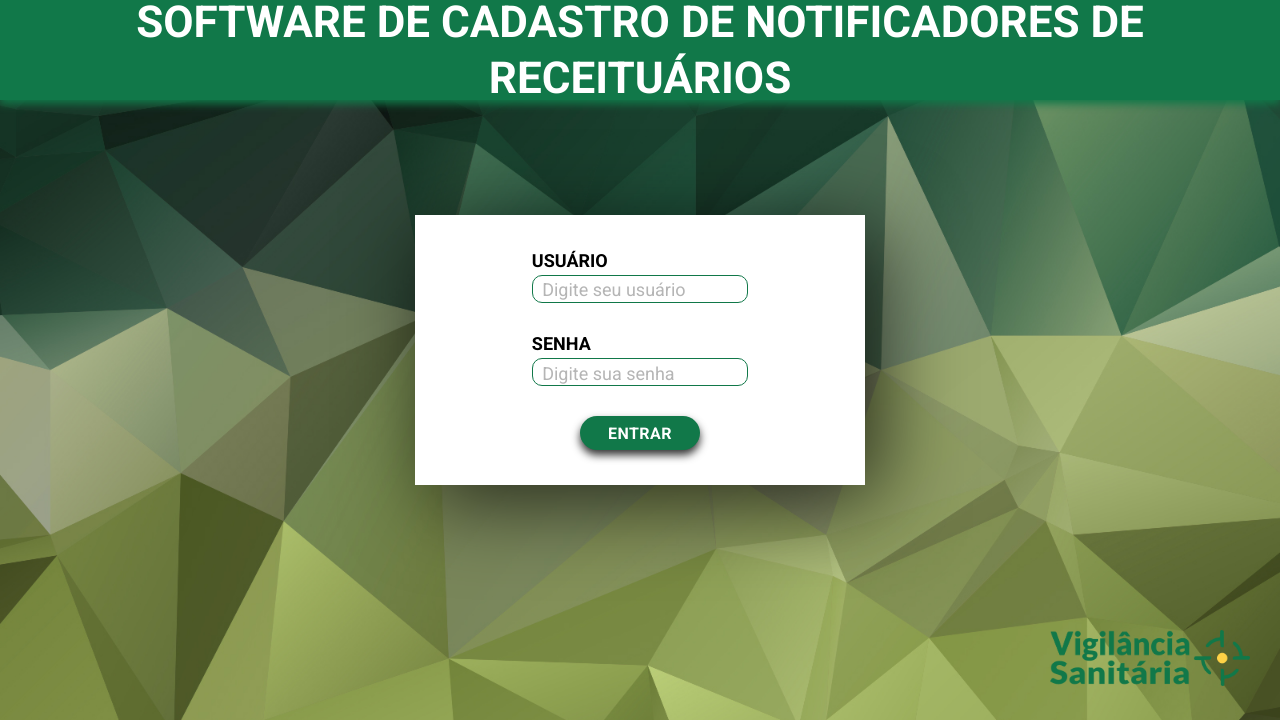
Repository: milena-rosa/web-prescription-notifier
Page: /
The author's editor kept a copy of each file at every save. The page is drawn from the files as they stood at one save, then again after the next save.
The browser window is 1280 px wide. The pictures show the whole page.
The project was rebuilt for these pictures with package versions that can differ from the ones it lists, and the page was loaded fresh each time. Also part of the build but not shown: src/pages/Home/styles.ts, src/pages/Home/index.tsx.

Above is the page before, as saved 2021-11-07 13:28:48.

### public/index.html
<!DOCTYPE html>
<html lang="en">

<head>
  <meta charset="utf-8" />
  <link rel="preconnect" href="https://fonts.googleapis.com">
  <link rel="preconnect" href="https://fonts.gstatic.com" crossorigin>
  <link href="https://fonts.googleapis.com/css2?family=Roboto:wght@400;700&display=swap" rel="stylesheet">
  <!-- <link rel="icon" href="%PUBLIC_URL%/favicon.ico" /> -->
  <meta name="viewport" content="width=device-width, initial-scale=1" />
  <meta name="theme-color" content="#000000" />
  <title>Cadastro de Notificadores de Receituários</title>
</head>

<body>
  <noscript>You need to enable JavaScript to run this app.</noscript>
  <div id="root"></div>
</body>

</html>

### src/index.tsx
import React from 'react'
import ReactDOM from 'react-dom'

import { App } from './App'

ReactDOM.render(
  <React.StrictMode>
    <App />
  </React.StrictMode>,
  document.getElementById('root')
)

### src/App.tsx
import React from 'react'
import { BrowserRouter as Router } from 'react-router-dom'

import { Routes } from './routes'
import { GlobalStyle } from './styles/global'

export function App() {
  return (
    <Router>
      <Routes />
      <GlobalStyle />
    </Router>
  )
}

### src/routes/index.tsx
import React from 'react'
import { Switch } from 'react-router-dom'

import { Home } from '../pages/Home'
import { SignIn } from '../pages/SignIn'
import { Route } from './Route'

// import { useAuth } from '../hooks/useAuth'

export function Routes() {
  // const { loading } = useAuth()

  // if (loading) {
  //   return <h1>Abrindo...</h1>
  // }

  return (
    <Switch>
      <Route path="/" exact component={SignIn} />
      <Route path="/home" exact component={Home} isPrivate />
    </Switch>
  )
}

### src/styles/global.ts
import { createGlobalStyle } from 'styled-components'

export const GlobalStyle = createGlobalStyle`
  :root {
    --black: #000000;
    --gray: #b5b5b5;
    --white: #ffffff;

    --green-primary: #117849;
    --green-primary-70: rgba(17, 120, 73, 0.7);
    --green-primary-30: rgba(17, 120, 73, 0.3);
    --green-primary-5: rgba(17, 120, 73, 0.05);

    --light-green: #dbebe4;
    --brownish-green: #51665c;

    --red: #ff0000;
    --yellow: #f6ff8f;
  }

  * {
    box-sizing: border-box;
    margin: 0;
    padding: 0;
  }

  html {
    @media (max-width: 1080px) {
      font-size: 93.75%; // 15px
    }

    @media (max-width: 720px) {
      font-size: 87.5%; // 14px
    }
  }

  body {
    background: var(--white);
    color: var(--black);
    -webkit-font-smoothing: antialiased;
  }

  body, input, textarea, button, select {
    font-family: 'Roboto', sans-serif;
    font-weight: 400;
  }

  button {
    border: none;
    cursor: pointer;
  }

  .react-modal-overlay {
    align-items: center;
    background: rgba(0, 0, 0, 0.5);
    bottom: 0;
    display: flex;
    justify-content: center;
    left: 0;
    position: fixed;
    right: 0;
    top: 0;
    z-index: 11;
  }

  .react-modal-content {
    background: var(--white);
    border-radius: 0.25rem;
    min-height: 2.4rem;
    max-width: 41rem;
    position: relative;
    z-index: 12;
  }

  .react-modal-close {
    background: transparent;
    border: 0;
    position: absolute;
    right: 1rem;
    top: 1rem;
    transition: filter 0.2s;

    &:hover {
      filter: brightness(0.8);
    }
  }
`

### src/pages/SignIn/index.tsx
import React from 'react'

import logo from '../../assets/logo.png'
import { Button } from '../../components/Button'
import { Input } from '../../components/Input'
import { useForm } from '../../hooks/useForm'
import { Container } from './styles'

interface SignInFormValues {
  user: string
  password: string
}

export const SignIn: React.FC = () => {
  const {
    data: { user, password },
    handleChange,
    errors
  } = useForm<SignInFormValues>({
    initialValues: { user: '', password: '' },
    onSubmit: (event) => console.log(event),
    validations: {
      user: { required: { value: true, message: 'Preencha o campo obrigatório.' } },
      password: { required: { value: true, message: 'Preencha o campo obrigatório.' } }
    }
  })

  return (
    <Container>
      <header>Software de Cadastro de Notificadores de Receituários</header>
      <div>
        <Input
          name="user"
          label="Usuário"
          type="text"
          placeholder="Digite seu usuário"
          value={user}
          onChange={handleChange('user')}
          errors={errors.user}
          containerStyle={{ marginBottom: '1.875rem' }}
        />
        <Input
          name="password"
          label="Senha"
          type="password"
          placeholder="Digite sua senha"
          value={password}
          onChange={handleChange('password')}
          errors={errors.password}
          containerStyle={{ marginBottom: '1.875rem' }}
        />
        <Button>Entrar</Button>
      </div>
      <footer>
        <img src={logo} alt="Vigilância Sanitária" />
      </footer>
    </Container>
  )
}

### src/routes/Route.tsx
import React, { ComponentType } from 'react'
import { RouteProps as ReactDOMRouteProps, Route as ReactDOMRoute, Redirect } from 'react-router-dom'

interface IRouteProps extends ReactDOMRouteProps {
  isPrivate?: boolean
  component: ComponentType
}

export function Route({ isPrivate = false, component: Component, ...rest }: IRouteProps) {
  const isSigned = false

  return (
    <ReactDOMRoute
      {...rest}
      render={({ location }) =>
        (isPrivate && isSigned) || (!isPrivate && !isSigned) ? (
          <Component />
        ) : (
          <Redirect
            to={{
              pathname: isPrivate ? '/' : '/home',
              state: { from: location }
            }}
          />
        )
      }
    />
  )
}

### src/components/Button/index.tsx
import React, { ButtonHTMLAttributes } from 'react'

import { Container } from './styles'

interface ButtonProps extends ButtonHTMLAttributes<HTMLButtonElement> {
  buttonStyle?: object
}

export function Button({ children, buttonStyle = {}, ...rest }: ButtonProps) {
  return (
    <Container style={buttonStyle} {...rest}>
      {children}
    </Container>
  )
}

### src/components/Input/index.tsx
import React, { InputHTMLAttributes, useCallback, useState } from 'react'

import { Container, InputInformationContainer, Error, InputContainer } from './styles'

interface InputProps extends InputHTMLAttributes<HTMLInputElement> {
  name: string
  label?: string
  errors?: string
  containerStyle?: object
  inputStyle?: object
}

export const Input = ({
  name,
  label,
  containerStyle = {},
  inputStyle = {},
  errors,
  value,
  onBlur,
  disabled = false,
  ...rest
}: InputProps) => {
  const [isFocused, setIsFocused] = useState(false)

  const handleInputFocus = useCallback(() => {
    setIsFocused(true)
  }, [])

  const handleInputBlur = useCallback(
    (event: React.FocusEvent<HTMLInputElement>) => {
      if (onBlur) {
        onBlur(event)
      }
      setIsFocused(false)
    },
    [onBlur]
  )

  return (
    <Container>
      <InputInformationContainer>{!!label && <label htmlFor={name}>{label}</label>}</InputInformationContainer>
      <InputContainer style={containerStyle} isFocused={isFocused} isInvalid={!!errors} disabled={disabled}>
        <input
          {...rest}
          value={value || ''}
          id={name}
          name={name}
          onFocus={handleInputFocus}
          onBlur={handleInputBlur}
          style={inputStyle}
        />
      </InputContainer>
      {!!errors && <Error>{errors}</Error>}
    </Container>
  )
}

### src/hooks/useForm.ts
import { ChangeEvent, FormEvent, useState } from 'react'

interface Validation {
  required?: {
    value: boolean
    message: string
  }
  pattern?: {
    value: string
    message: string
  }
  custom?: {
    isValid: (value: any) => boolean
    message: string
  }
}

type Validations<T extends {}> = Partial<Record<keyof T, Validation>>
type ErrorRecord<T> = Partial<Record<keyof T, string>>

export type FormOptions<T extends {}> = {
  validations?: Validations<T>
  initialValues?: Partial<T>
  onSubmit?: (event?: any) => void
}

export type FormReturn<T extends {}> = {
  data: T
  handleChange: <S extends unknown>(
    key: keyof T,
    sanitizeFn?: ((value: string) => S) | undefined
  ) => (event: ChangeEvent<HTMLInputElement & HTMLSelectElement & HTMLTextAreaElement>) => void
  handleSubmit: (event: FormEvent<HTMLFormElement>) => Promise<void>
  reset: () => void
  setValue: (key: keyof T, value: any) => void
  errors: Partial<Record<keyof T, string>>
}

export const useForm = <T extends Record<keyof T, any>>(options?: FormOptions<T>) => {
  const [data, setData] = useState<T>((options?.initialValues || {}) as T)
  const [errors, setErrors] = useState<ErrorRecord<T>>({})

  const handleChange =
    <S extends unknown>(key: keyof T, sanitizeFn?: (value: string) => S) =>
    (event: ChangeEvent<HTMLInputElement & HTMLSelectElement & HTMLTextAreaElement>) => {
      const value =
        event.target.type === 'checkbox'
          ? event.target.checked
          : sanitizeFn
          ? sanitizeFn(event.target.value)
          : event.target.value

      setData({
        ...data,
        [key]: value
      })
    }

  const handleSubmit = async (event: FormEvent<HTMLFormElement>) => {
    event?.preventDefault()

    const validations = options?.validations
    if (validations) {
      let valid = true
      const newErrors: Partial<Record<keyof T, string>> = {}

      for (const key in validations) {
        const value = data[key]
        const validation = validations[key]

        if (validation?.required?.value && !value) {
          valid = false
          newErrors[key] = validation?.required?.message
        }

        const pattern = validation?.pattern
        if (pattern?.value && !RegExp(pattern.value).test(value)) {
          valid = false
          newErrors[key] = pattern.message
        }

        const custom = validation?.custom
        if (custom?.isValid && !custom.isValid(value)) {
          valid = false
          newErrors[key] = custom.message
        }
      }

      if (!valid) {
        setErrors(newErrors)
        return
      }
    }

    setErrors({})

    if (options?.onSubmit) {
      options.onSubmit()
    }
  }

  const reset = () => {
    setData({} as T)
    setErrors({})
  }

  const setValue = (key: keyof T, value: any) => {
    setData({
      ...data,
      [key]: value
    })
  }

  return {
    data,
    handleChange,
    handleSubmit,
    reset,
    setValue,
    errors
  }
}

### src/pages/SignIn/styles.ts
import styled from 'styled-components'

import backgroundImg from '../../assets/background.png'

export const Container = styled.div`
  align-items: center;
  background: url(${backgroundImg}) no-repeat center center fixed;
  background-size: cover;
  bottom: 0;
  display: flex;
  flex-direction: column;
  justify-content: space-between;
  left: 0;
  position: fixed;
  right: 0;
  top: 0;
  z-index: 11;

  header {
    align-items: center;
    background: var(--green-primary);
    color: var(--white);
    display: flex;
    filter: drop-shadow(0px 4px 4px var(--green-primary));
    font-weight: bold;
    font-size: 2.75rem;
    height: 6.25rem;
    justify-content: center;
    line-height: 3.5rem;
    text-align: center;
    text-transform: uppercase;
    width: 100%;
  }

  > div {
    align-items: center;
    background-color: var(--white);
    display: flex;
    filter: drop-shadow(15px 15px 42px rgba(0, 0, 0, 0.7));
    flex-direction: column;
    height: 16.875rem;
    padding: 2.1875rem 4.6875rem;
    width: 28.125rem;
  }

  footer {
    /* background: lime; */
    align-self: flex-end;

    > img {
      margin: 1.875rem;
      width: 12.5rem;
    }
  }
`

### src/components/Button/styles.ts
import styled from 'styled-components'

export const Container = styled.button`
  align-items: center;
  background: var(--green-primary);
  border: 0;
  border-radius: 3.125rem;
  box-shadow: 0px 5px 8px rgba(0, 0, 0, 0.8);
  color: var(--white);
  display: flex;
  font-weight: bold;
  font-size: 1rem;
  height: 2.5rem;
  justify-content: center;
  letter-spacing: 0.03em;
  line-height: 1.1875rem;
  min-width: 7.5rem;
  text-align: center;
  text-transform: uppercase;

  &:disabled {
    background: var(--gray-20);
    box-shadow: 0 6px 12px rgba(51, 51, 51, 0.25);
    color: var(--gray-40);
  }

  &:hover {
    transform: translate(1px, 1px);
  }
`

### src/components/Input/styles.ts
import styled, { css } from 'styled-components'

export const Container = styled.div`
  display: flex;
  flex-direction: column;
`

interface InputContainerProps {
  isFocused: boolean
  isInvalid: boolean
  disabled: boolean
}

export const InputContainer = styled.div<InputContainerProps>`
  background: ${(props) => (props.disabled ? 'var(--gray-20)' : 'var(--green-primary-15)')};
  border: 1px solid ${(props) => (props.disabled ? 'transparent' : 'var(--green-primary)')};
  border-radius: 0.625rem;
  color: ${(props) => (props.disabled ? 'var(--gray-60)' : 'var(--black)')};
  height: 1.76rem;
  position: relative;

  ${(props) =>
    props.isFocused &&
    css`
      border-color: var(--blue-primary);
    `}

  ${(props) =>
    props.isInvalid &&
    css`
      border-color: var(--orange);
    `}

  input {
    background: transparent;
    border: 0;
    font-size: 1.125rem;
    line-height: 1.3125rem;
    height: 100%;
    min-height: 1.76rem;
    outline: 0;
    padding-left: 0.58rem;
    width: 100%;

    &::placeholder {
      color: var(--gray);
    }
  }
`

export const InputInformationContainer = styled.div`
  align-items: baseline;
  display: flex;
  justify-content: space-between;

  label {
    color: var(--black);
    display: block;
    font-size: 1.125rem;
    font-weight: bold;
    line-height: 1.3125rem;
    text-transform: uppercase;
    margin-bottom: 0.25rem;
  }
`

export const Error = styled.p`
  color: var(--orange);
  font-size: 1rem;
  line-height: 1.25rem;
  margin-top: 0.5rem;
`

After the next save:
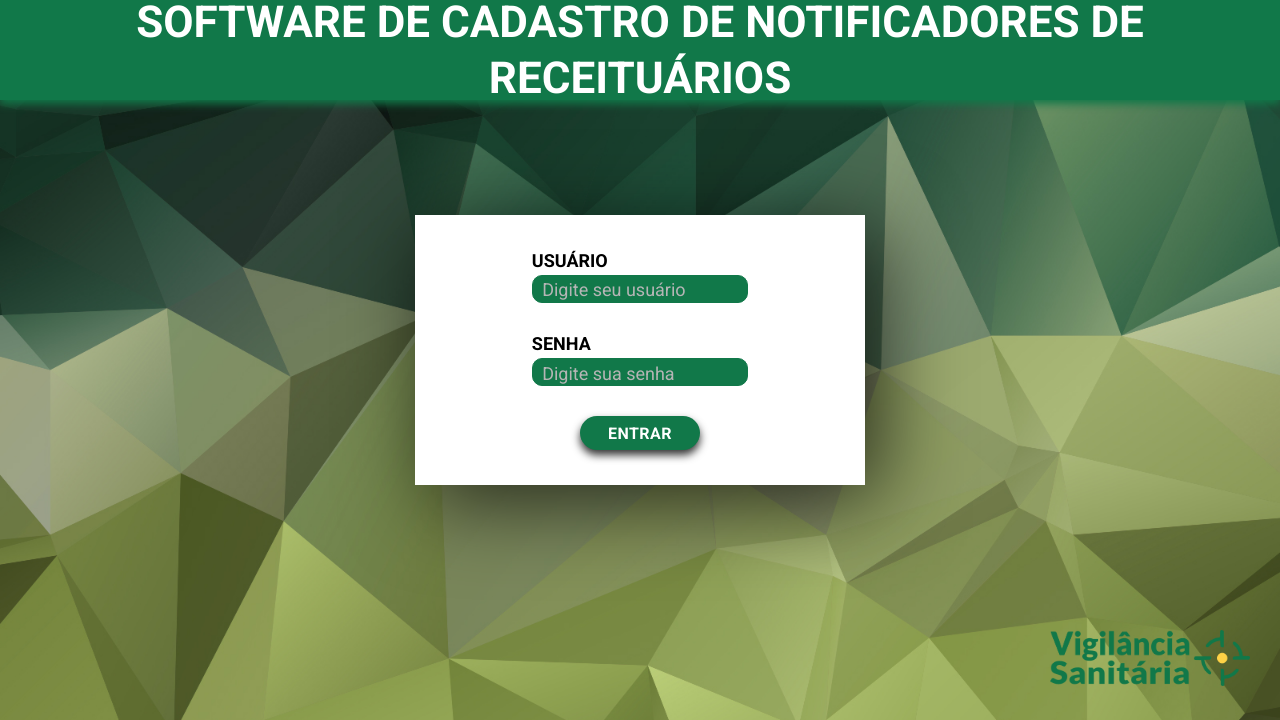
Saved 30 s later.
--- a/src/components/Input/styles.ts
+++ b/src/components/Input/styles.ts
@@ -12,7 +12,7 @@
 }
 
 export const InputContainer = styled.div<InputContainerProps>`
-  background: ${(props) => (props.disabled ? 'var(--gray-20)' : 'var(--green-primary-15)')};
+  background: ${(props) => (props.disabled ? 'var(--gray-20)' : 'var(--green-primary)')};
   border: 1px solid ${(props) => (props.disabled ? 'transparent' : 'var(--green-primary)')};
   border-radius: 0.625rem;
   color: ${(props) => (props.disabled ? 'var(--gray-60)' : 'var(--black)')};
